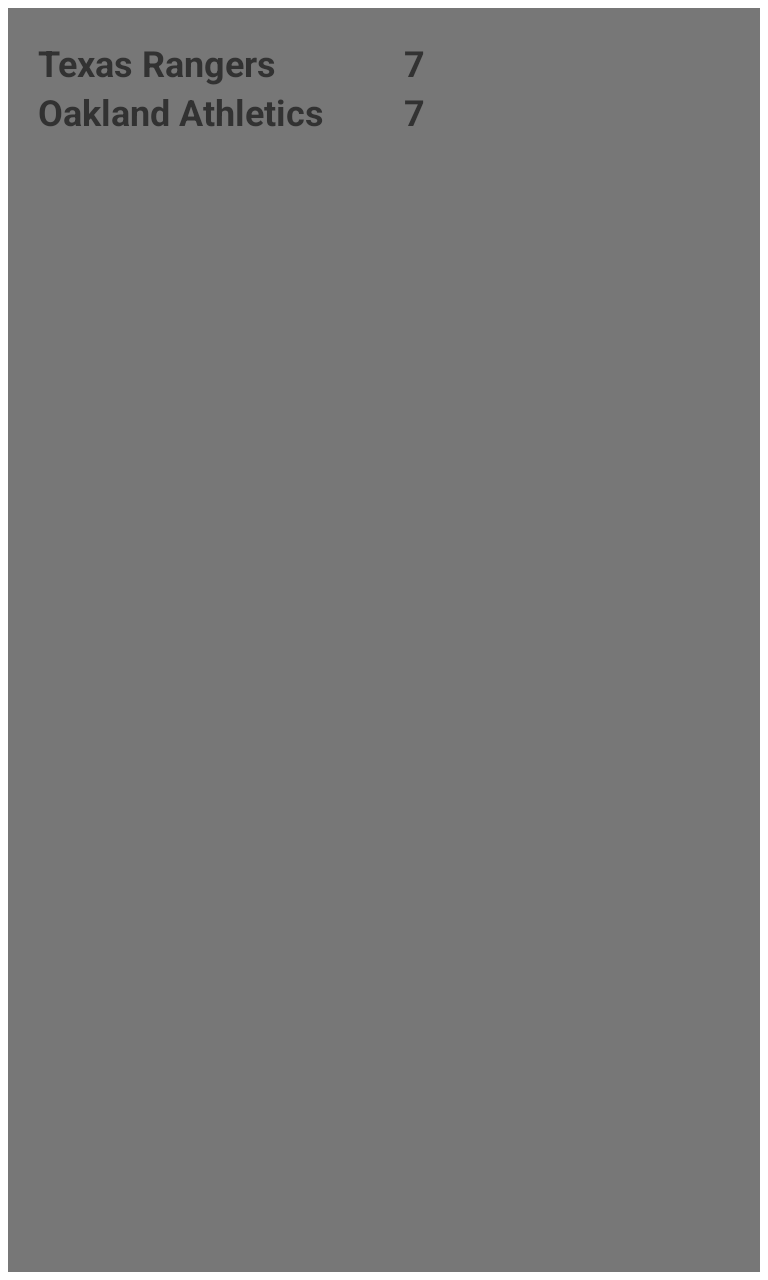
Repository: jemcphe/MDF3
Layout: Week3 Widget/TeamWidget/res/layout/widget_layout.xml
These files come from the project's save history. The layout is drawn as it stood at one moment and after the next save; the edit follows.
It is drawn on a 768 x 1280 px phone screen (xhdpi) without system bars, with theme AppTheme; the app's code is not run.

Above is the layout before, as saved 2013-07-26 02:53:56.

After the next save:
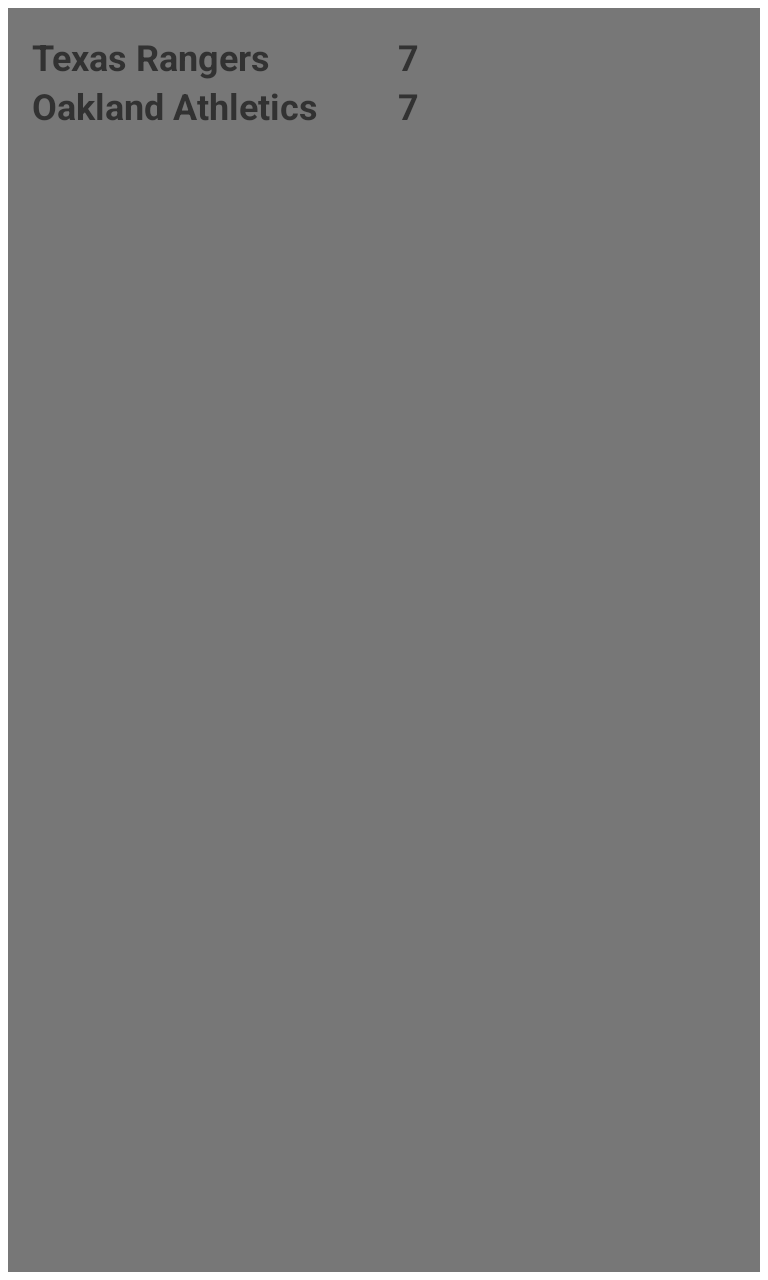
Saved 8 s later.
--- a/Week3 Widget/TeamWidget/res/layout/widget_layout.xml
+++ b/Week3 Widget/TeamWidget/res/layout/widget_layout.xml
@@ -11,7 +11,7 @@
             android:layout_height="match_parent"
             android:columnCount="2"
             android:background="#777777"
-            android:padding="15dp" >
+            android:padding="12dp" >
 
         <TextView
 	        android:id="@+id/team1"
